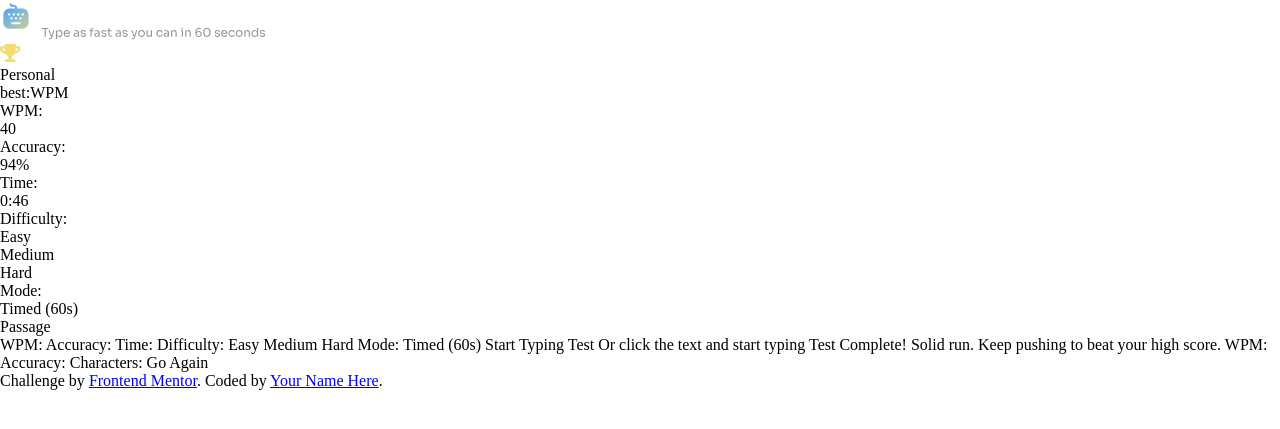
Repository: eva003n/typing-speed-test
Page: index.html
An editor plug-in stored every save of this project. The page is shown before and after a run of saves, followed by the edit.
The browser window is 1280 px wide. The pictures show the whole page.

Above is the page before, as saved 2026-02-13 00:35:40.

After the next 2 saves:
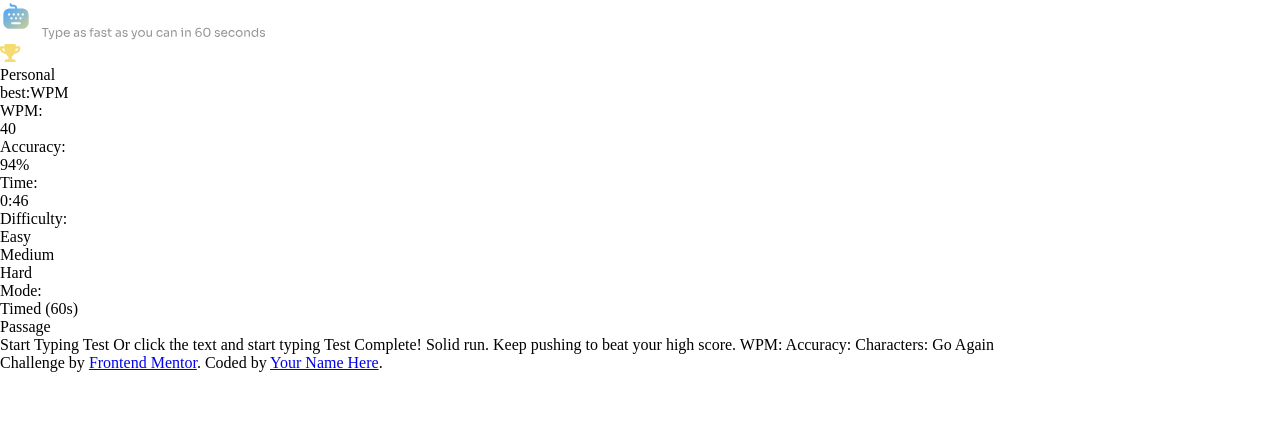
The 2 saves are shown as one change because they came seconds apart.
The last was saved 25 s later.
--- a/index.html
+++ b/index.html
@@ -84,15 +84,6 @@
     </header>
     <section></section>
 
-    WPM:
-    <!-- WPM -->
-    Accuracy:
-    <!-- Accuracy -->
-    Time:
-    <!-- Time -->
-
-    Difficulty: Easy Medium Hard Mode: Timed (60s)
-
     <!-- Passage -->
 
     Start Typing Test Or click the text and start typing
